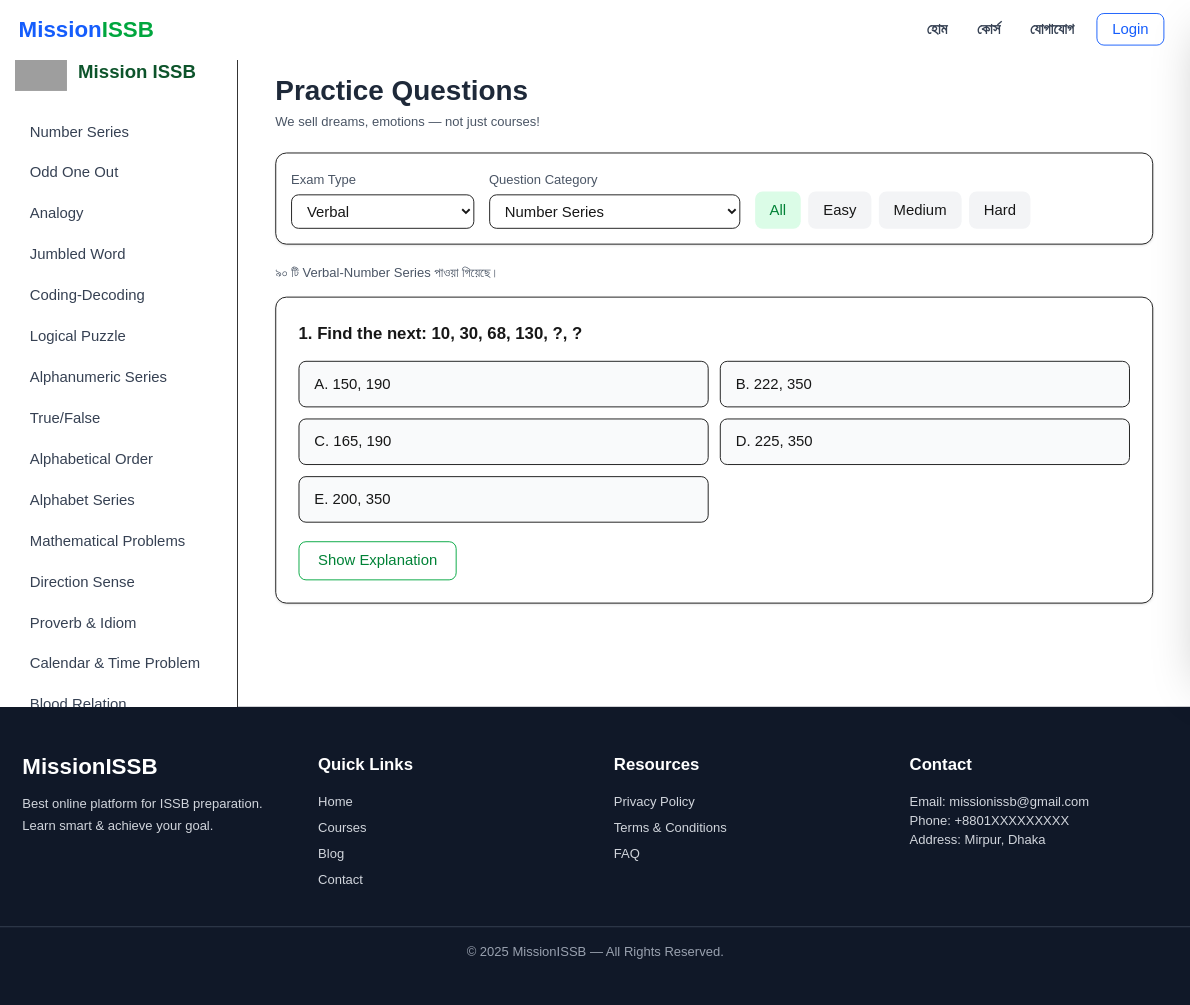
Repository: mdmuhibullahhabib/missionissb
Page: /issb/iq-practice
An editor plug-in stored every save of this project. The page is shown before and after the next save, followed by the edit.
The browser window is 1280 px wide. The pictures show the whole page, at 93% of full size.
Pictures or frames that could not be fetched are drawn as grey boxes. The page's requests for data from a server got no answer. The project was rebuilt for these pictures with package versions that can differ from the ones it lists, and the page was loaded fresh each time. The framework's server and built-in components were replaced by stand-ins that run in the browser. No one was signed in, and anything a server would have sent is missing. Also part of the build but not shown: next.config.mjs.

Above is the page before, as saved 2025-12-11 23:46:15.

After the next save:
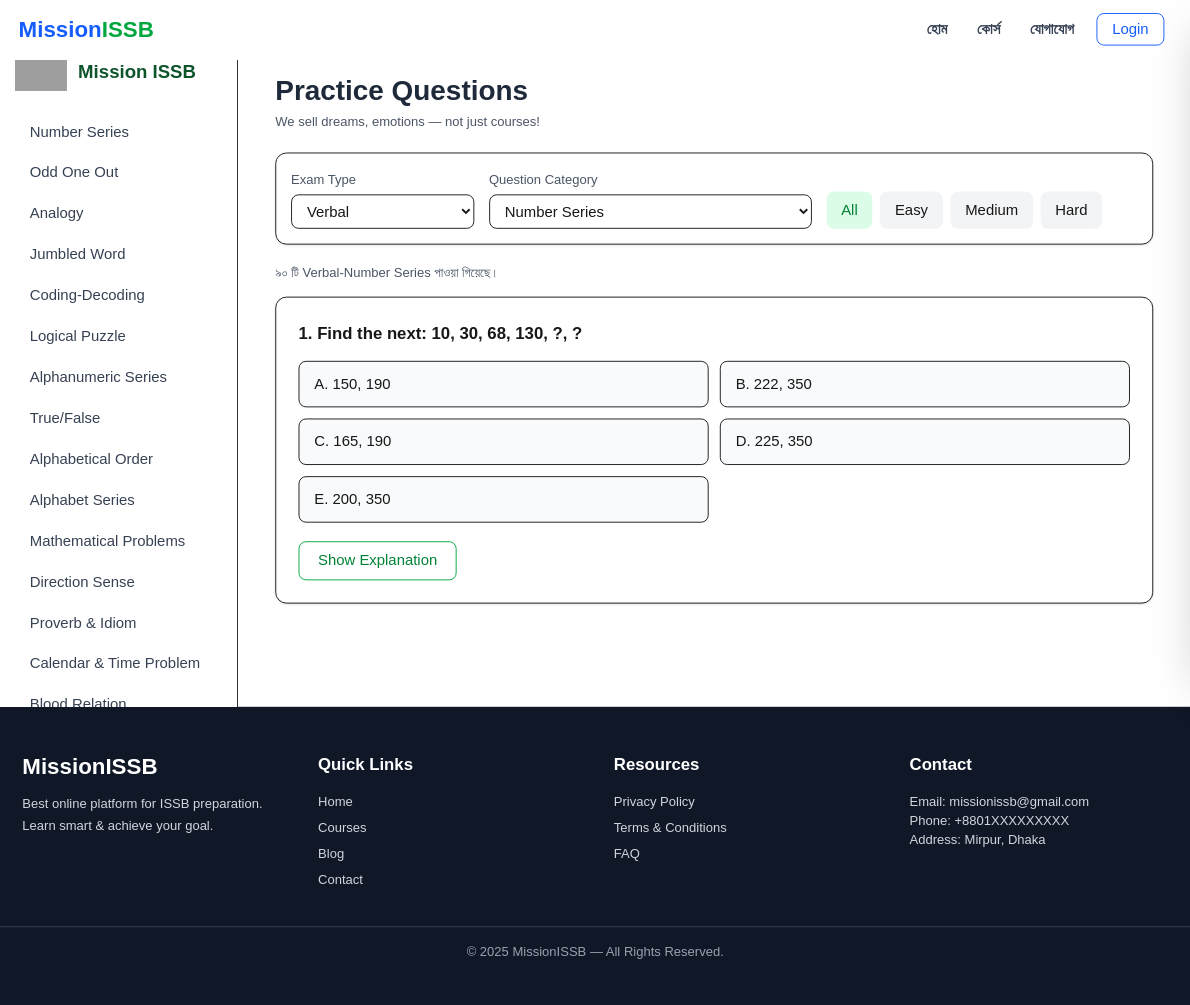
Saved 3 min 35 s later.
--- a/app/issb/iq-practice/components/PracticeQuestions.jsx
+++ b/app/issb/iq-practice/components/PracticeQuestions.jsx
@@ -29,7 +29,42 @@ export default function PracticeQuestions() {
         <div>
           <label className="text-gray-600 text-sm">Question Category</label>
           <select className="mt-1 border px-3 py-2 rounded-lg w-full">
-            <option>Number Series</option>
+<option>Number Series</option>
+<option>Odd One Out</option>
+<option>Analogy</option>
+<option>Jumbled Word</option>
+<option>Coding-Decoding</option>
+<option>Logical Puzzle</option>
+<option>Alphanumeric Series</option>
+<option>True/False</option>
+<option>Alphabetical Order</option>
+<option>Alphabet Series</option>
+<option>Mathematical Problems</option>
+<option>Direction Sense</option>
+<option>Proverb & Idiom</option>
+<option>Calendar & Time Problem</option>
+<option>Blood Relation</option>
+<option>Age Problem</option>
+<option>Riddle</option>
+<option>General Knowledge</option>
+<option>Synonym/Antonym</option>
+<option>One-Word Substitution</option>
+<option>Ordering & Ranking</option>
+<option>Others</option>
+<option>Non-Verbal</option>
+<option>Raven IQ</option>
+<option>Mixed Non Verbal</option>
+<option>Completion of Series</option>
+<option>Analogy</option>
+<option>Classification</option>
+<option>Completion of Figures</option>
+<option>Paper Folding</option>
+<option>Paper Cutting</option>
+<option>Mirror Image</option>
+<option>Formation of Figures</option>
+<option>Embedded Figures</option>
+<option>Figure Matrix</option>
+<option>Water Image</option>
           </select>
         </div>
 
